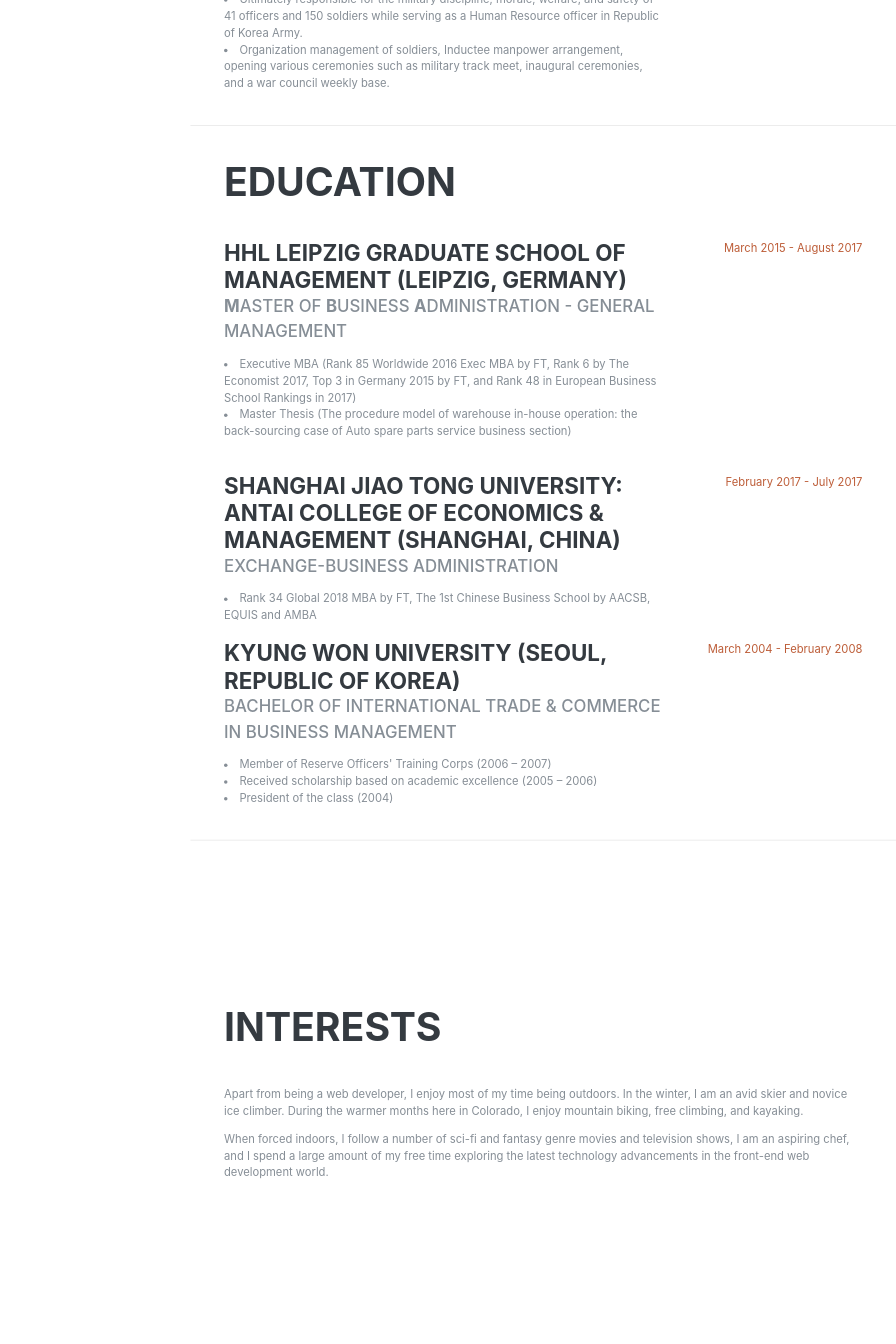
Repository: BeenOH/OHBIN.github.io
Page: index.html
The author's editor kept a record of every edit. The page is drawn from the files as they stood at one moment, then again after the next edit.
The browser window is 1280 px wide. The pictures show the part of the page from y = 1922 to 3842 px (the page is 3842 px tall), at 70% of full size.
Some web fonts or font styles are not loaded; a fallback is used.

Above is the page before.

After the next edit:
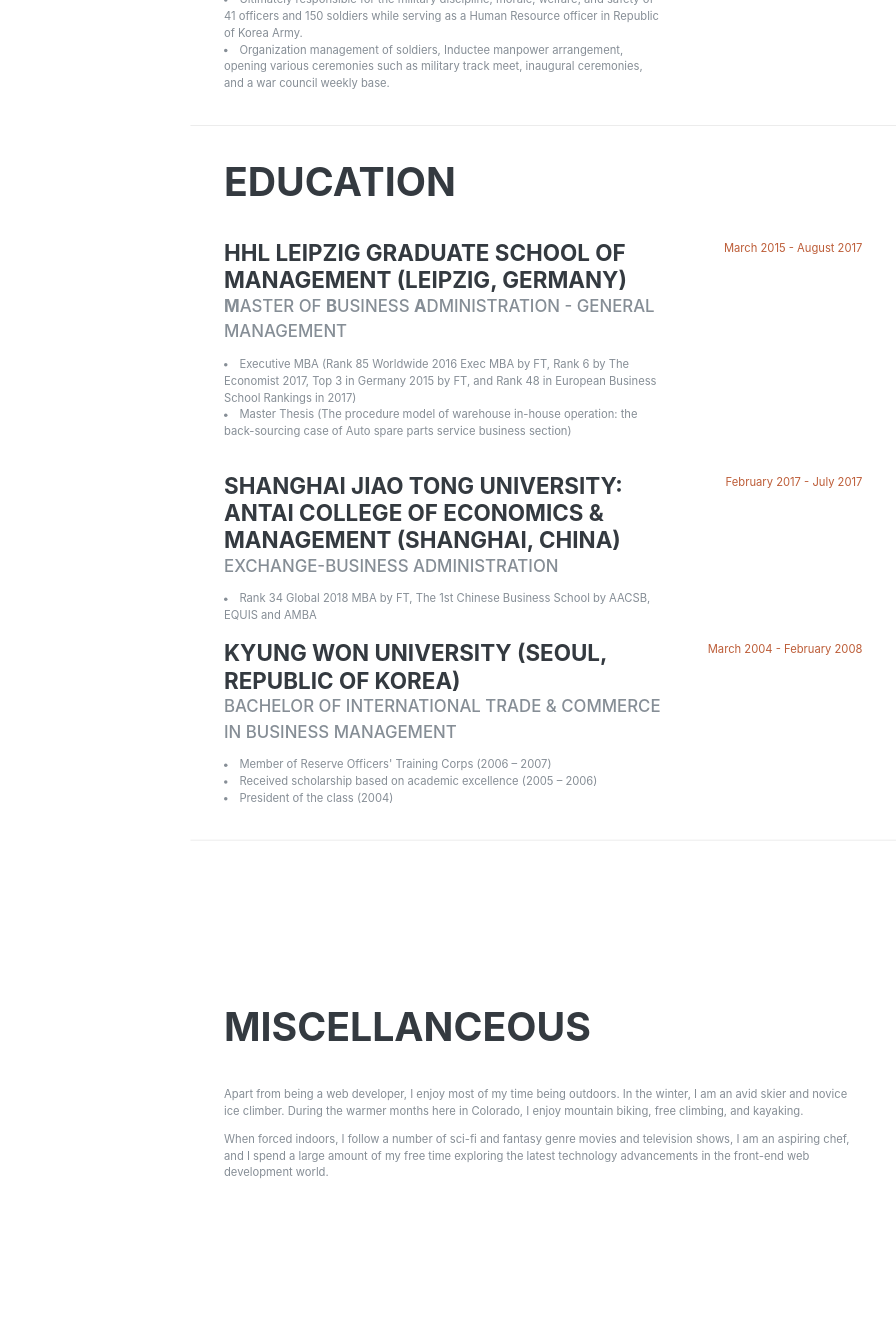
The edit:
--- a/index.html
+++ b/index.html
@@ -184,7 +184,7 @@
 
     <section class="resume-section p-3 p-lg-5 d-flex align-items-center" id="interests">
       <div class="w-100">
-        <h2 class="mb-5">Interests</h2>
+        <h2 class="mb-5">MISCELLANCEOUS</h2>
         <p>Apart from being a web developer, I enjoy most of my time being outdoors. In the winter, I am an avid skier and novice ice climber. During the warmer months here in Colorado, I enjoy mountain biking, free climbing, and kayaking.</p>
         <p class="mb-0">When forced indoors, I follow a number of sci-fi and fantasy genre movies and television shows, I am an aspiring chef, and I spend a large amount of my free time exploring the latest technology advancements in the front-end web development world.</p>
       </div>
